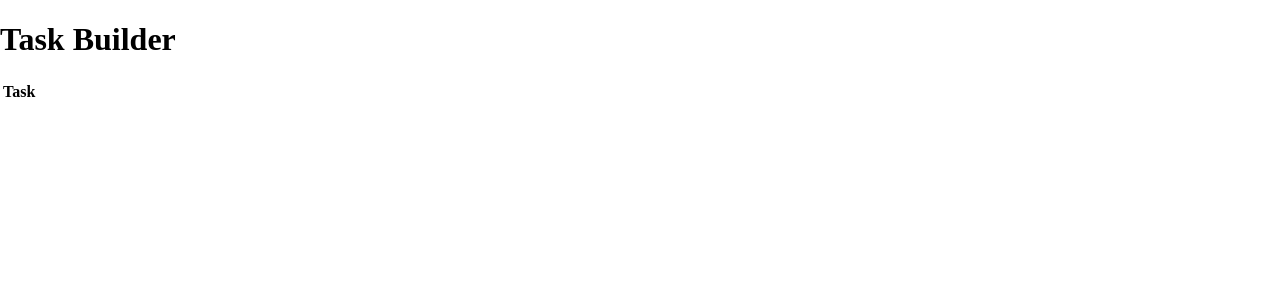
Repository: inno03/flask-test
Page: http://localhost/
These files come from the project's save history. The page is drawn as it stood at one moment and after the next save; the edit follows.
The browser window is 1280 px wide. The pictures show the whole page.
The page is served by the project's application, run on Flask 3 (app.py).

Above is the page before, as saved 2023-08-11 06:11:06.

### templates/index.html
 {% extends 'base.html' %}

{% block head %}

{% endblock %}

{% block body %}
<div class="content">
  <h1>Task Builder</h1>

  <table>
    <tr>
      <th>Task</th>
      <th

{% endblock %}

### templates/base.html
<!DOCTYPE html>
<html lang="en">
  <head>
    <meta charset="UTF-8" />
    <meta name="viewport" content="width=device-width, initial-scale=0">
    <meta http-equiv="X-UA-Compatible" content="IE=edge">
    <link rel="stylesheet" href="{{ url_for('static', filename='css/main.css') }}"
    {% block head %}{% endblock %}
    </head>
    <body>
      {% block body %}{% endblock %}
      </body>
      </html>

### app.py
from flask import Flask, render_template, url_for
from flask_sqlalchemy import SQLAlchemy
from datetime import datetime

app = Flask(__name__)
app.config['SQLALCHEMY_DATABASE_URI'] = 'sqlite:///test.db'
db = SQLAlchemy(app)


class Todo(db.Model):
    id = db.Column(db.Integer, primary_key=True)
    content = db.Column(db.String(200), nullable=False)
    date_created = db.Column(db.DateTime, default=datetime.utcnow)

    def __repr__(self):
        return '<Task %r>' % self.id

@app.route("/")
def index():
  return render_template('index.html')

if __name__ == "__main__":
  app.run(debug=True)

### static/css/main.css
body{
  margin: 0;
  font-family: ;
}

After the next save:
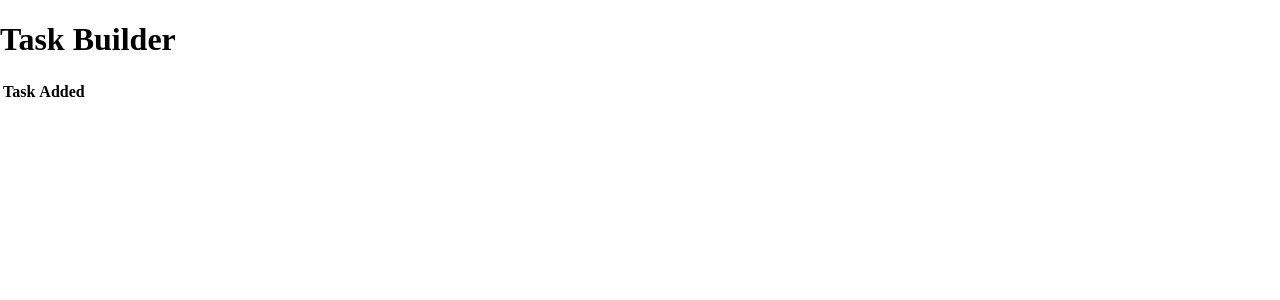
Saved 9 s later.
--- a/templates/index.html
+++ b/templates/index.html
@@ -11,6 +11,7 @@
   <table>
     <tr>
       <th>Task</th>
-      <th
+      <th>Added</th>
+
 
 {% endblock %}
